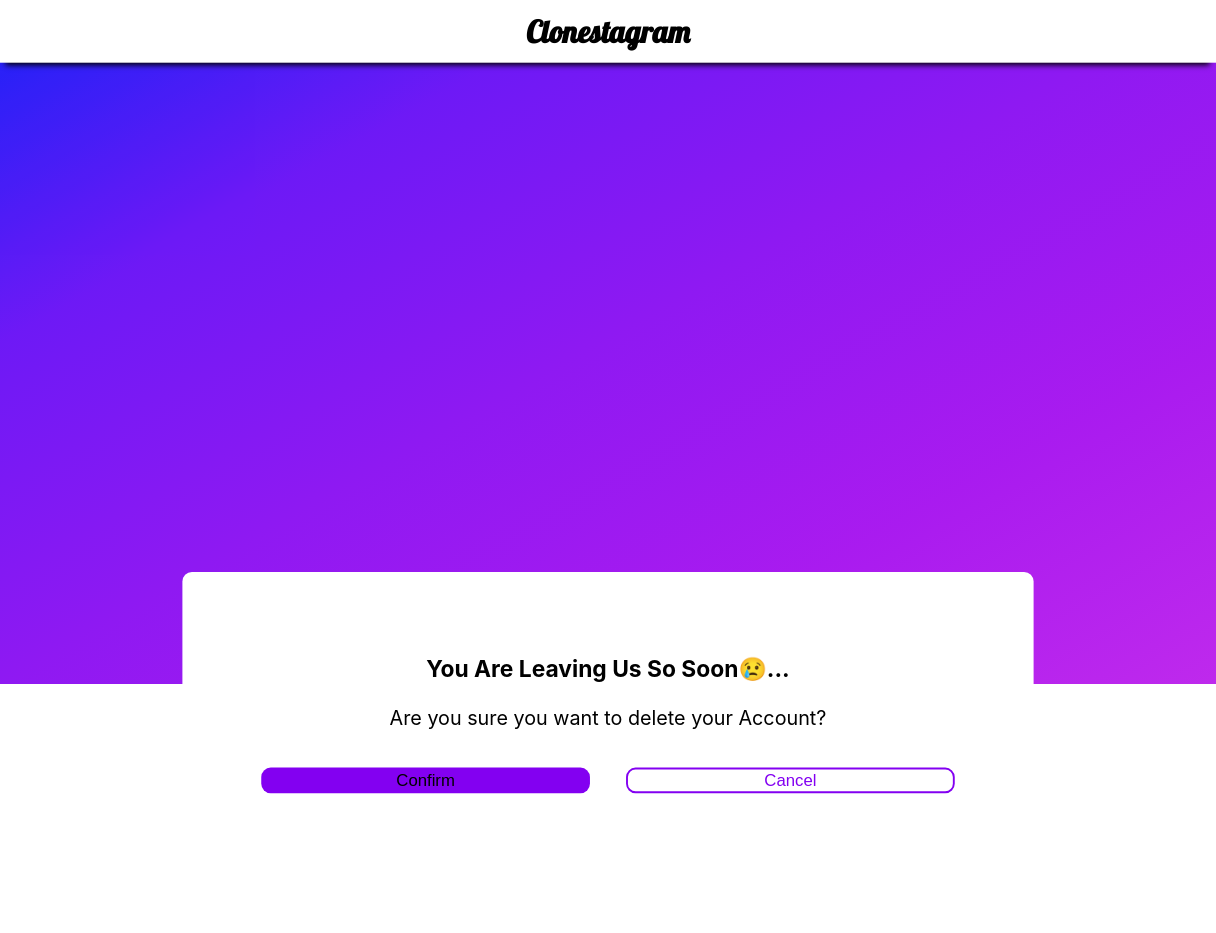
Repository: MikeMoore55/clonestagram
Page: /delaccount
An editor plug-in stored every save of this project. The page is shown before and after the next save, followed by the edit.
The browser window is 1280 px wide. The pictures show the whole page, at 95% of full size.
The page's requests for data from a server got no answer. The project was rebuilt for these pictures with package versions that can differ from the ones it lists, and the page was loaded fresh each time. The framework's server and built-in components were replaced by stand-ins that run in the browser. No one was signed in, and anything a server would have sent is missing. Also part of the build but not shown: next.config.js.

Above is the page before, as saved 2022-11-24 09:15:33.

After the next save:
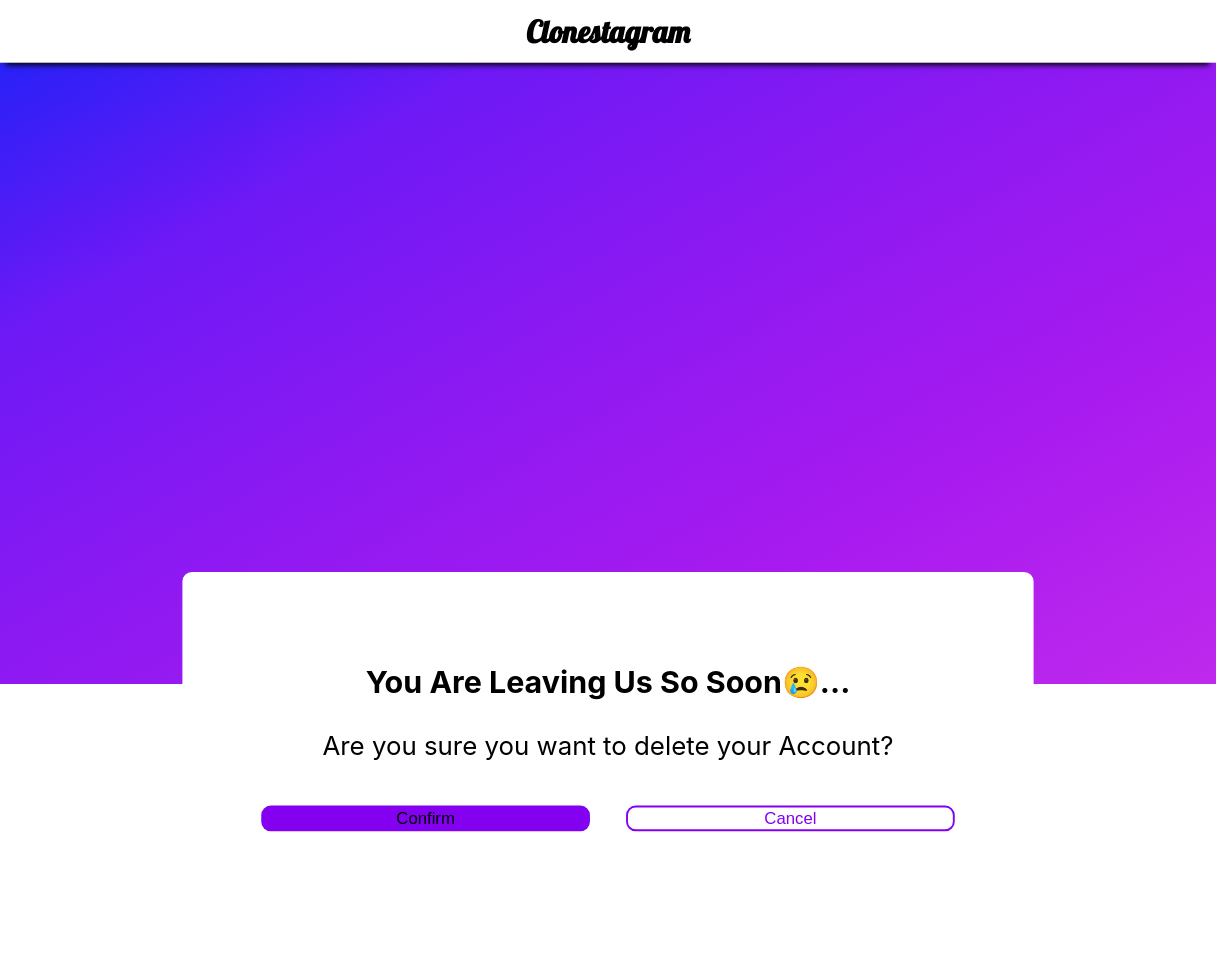
Saved 15 s later.
--- a/styles/DelAccount.module.css
+++ b/styles/DelAccount.module.css
@@ -84,12 +84,12 @@
 
     .heading1 {
         position: relative;
-        font-size: 1.5em;
+        font-size: 2em;
     }
 
     .text {
         position: relative;
-        font-size: 1.3em;
+        font-size: 1.7em;
     }
 
     .btnContainer {
